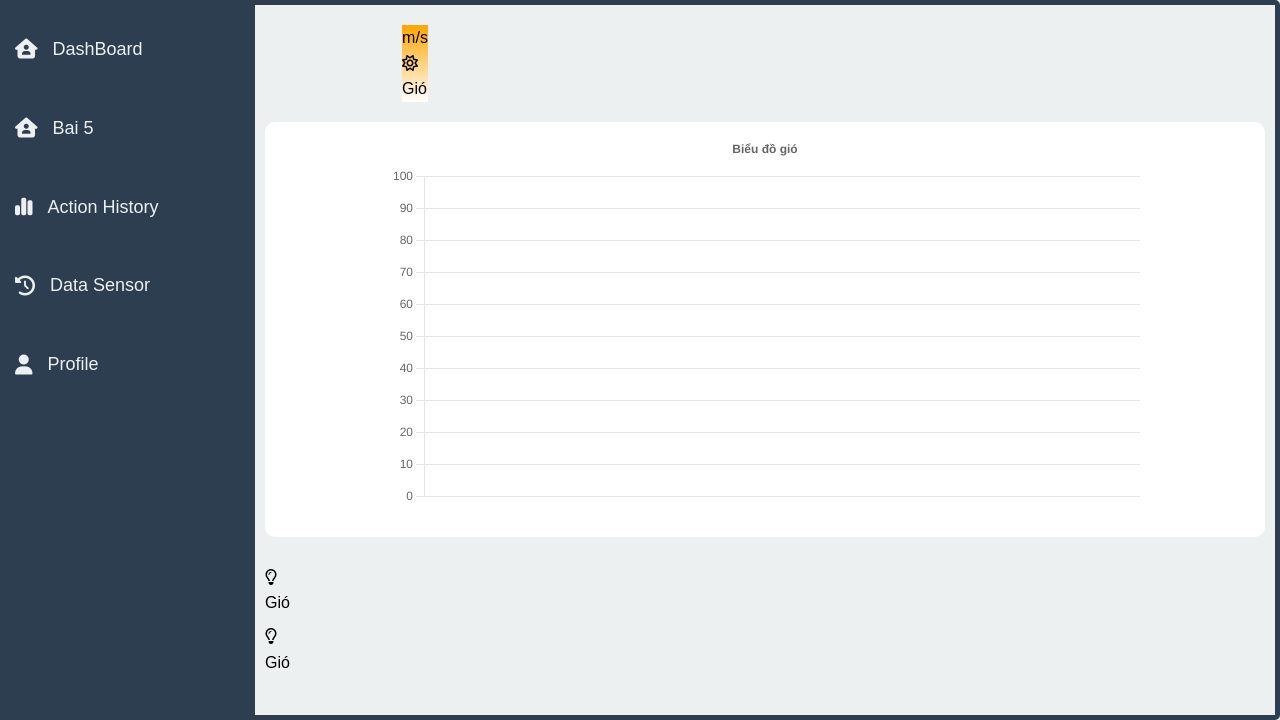
Repository: duongnoob23/duyyyy
Page: /bai5 (app in iot/)
The author's editor kept a copy of each file at every save. The page is drawn from the files as they stood at one save, then again after the next save.
The browser window is 1280 px wide. The pictures show the whole page.
The page's requests for data from a server got no answer. Some web libraries are served in a nearby version. The project was rebuilt for these pictures with package versions that can differ from the ones it lists, and the page was loaded fresh each time. No one was signed in, and anything a server would have sent is missing. Also part of the build but not shown: iot/src/App.css, iot/src/Components/Doughnut/GaugeChart.js, iot/src/Components/LineChart/LineChartECharts.js, iot/src/Pages/Home/Home.js, iot/src/Pages/DataLogs/DataLogs.js, iot/src/Pages/Profile/Profile.css, iot/src/Pages/Profile/Profile.js, iot/src/Pages/Action/Action.js and 1 more.

Above is the page before, as saved 2024-12-02 21:07:06.

### iot/public/index.html
<!DOCTYPE html>
<html lang="en">
  <head>
    <meta charset="utf-8" />
    <link rel="icon" href="%PUBLIC_URL%/favicon.ico" />
    <meta name="viewport" content="width=device-width, initial-scale=1" />
    <meta name="theme-color" content="#000000" />
    <meta
      name="description"
      content="Web site created using create-react-app"
    />
    <link rel="apple-touch-icon" href="%PUBLIC_URL%/logo192.png" />
    <!--
      manifest.json provides metadata used when your web app is installed on a
      user's mobile device or desktop. See https://developers.google.com/web/fundamentals/web-app-manifest/
    -->
    <link rel="manifest" href="%PUBLIC_URL%/manifest.json" />
    <!--
      Notice the use of %PUBLIC_URL% in the tags above.
      It will be replaced with the URL of the `public` folder during the build.
      Only files inside the `public` folder can be referenced from the HTML.

      Unlike "/favicon.ico" or "favicon.ico", "%PUBLIC_URL%/favicon.ico" will
      work correctly both with client-side routing and a non-root public URL.
      Learn how to configure a non-root public URL by running `npm run build`.
    -->
    <link rel="stylesheet" href="https://cdnjs.cloudflare.com/ajax/libs/font-awesome/6.6.0/css/all.min.css" integrity="sha512-Kc323vGBEqzTmouAECnVceyQqyqdsSiqLQISBL29aUW4U/M7pSPA/gEUZQqv1cwx4OnYxTxve5UMg5GT6L4JJg==" crossorigin="anonymous" referrerpolicy="no-referrer" />
    <title>React App</title>
    <script src="https://code.highcharts.com/highcharts.js"></script>
  </head>
  <body>
    <noscript>You need to enable JavaScript to run this app.</noscript>
    <div id="root"></div>
    <!--
      This HTML file is a template.
      If you open it directly in the browser, you will see an empty page.

      You can add webfonts, meta tags, or analytics to this file.
      The build step will place the bundled scripts into the <body> tag.

      To begin the development, run `npm start` or `yarn start`.
      To create a production bundle, use `npm run build` or `yarn build`.
    -->
  </body>
</html>

### iot/src/index.js
import React from 'react';
import { DatePicker } from 'antd';
import ReactDOM from 'react-dom/client';
import './index.css';
import App from './App';
import reportWebVitals from './reportWebVitals';
import { BrowserRouter } from 'react-router-dom';


const root = ReactDOM.createRoot(document.getElementById('root'));
root.render(
  // <React.StrictMode>
  <BrowserRouter>
    <App />
  </BrowserRouter>

  // </React.StrictMode>
);


reportWebVitals();

### iot/src/index.css
body {
  margin: 0;
  font-family: -apple-system, BlinkMacSystemFont, 'Segoe UI', 'Roboto', 'Oxygen',
    'Ubuntu', 'Cantarell', 'Fira Sans', 'Droid Sans', 'Helvetica Neue',
    sans-serif;
  -webkit-font-smoothing: antialiased;
  -moz-osx-font-smoothing: grayscale;
}

code {
  font-family: source-code-pro, Menlo, Monaco, Consolas, 'Courier New',
    monospace;
}

*{
  box-sizing: border-box;
  font-family: Arial, Helvetica, sans-serif;
}

html{
  font-size: 62.5%;
}

ul,li{
  list-style-type: none;
  margin: 0;
  padding:0;
}
a{
  text-decoration: none;
}

body{
  margin: 0;
  padding: 0;

}

### iot/src/App.js
// import logo from './logo.svg';
import './App.css';
import Layout from './Components/Layout/Layout';
import { Routes,Route} from 'react-router-dom';
import Home from './Pages/Home/Home';
import DataLogs from './Pages/DataLogs/DataLogs';
import Profile from './Pages/Profile/Profile';
import Action from './Pages/Action/Action';
import Bai5 from './Pages/Bai5/Bai5';
function App() {
  return (
    <>

      <Routes>
          <Route path="/" element = {<Layout/>}>
            <Route path='home' element={<Home/>}/>
            <Route path='bai5' element={<Bai5 />}/>
            <Route path='datalogs' element={<DataLogs/>}/>
            <Route path='profile' element={<Profile/>}/>
            <Route path='action' element={<Action/>}/>
          </Route>
      </Routes>
    </>
  );
}

export default App;

### iot/src/Components/Layout/Layout.js
import './Layout.css'
import { Link, Outlet, } from "react-router-dom";
// import { useState } from "react";

function Layout(){

    return (
        <>

        <div className="dashBoard">
        <div className="sideBar">
            <ul className="sideBar-list">
                <li className="sideBar-item">
                    {/* <a  href="#" className="sideBar-icon">
                        <i className="fa-solid fa-house-user">
                        </i>
                        <span className='sideBar-text'>DashBoard</span>
                    </a> */}
                    <Link className='sideBar-icon' to={"/home"}>
                        <i className="fa-solid fa-house-user">
                        </i>
                        <span className='sideBar-text'>DashBoard</span>
                    </Link>
                </li>
                <li className="sideBar-item">
                    <Link className='sideBar-icon' to={"/bai5"}>
                        <i className="fa-solid fa-house-user">
                        </i>
                        <span className='sideBar-text'>Bai 5</span>
                    </Link>
                </li>
                <li className="sideBar-item">
                <Link  className="sideBar-icon" to={"/action"}>
                    <i className="fa-solid fa-chart-simple"></i>
                        <span className='sideBar-text'>Action History</span>
                    </Link>
                </li>
                <li className="sideBar-item">
                    <Link className="sideBar-icon" to={"/datalogs"} >
                    <i className="fa-solid fa-clock-rotate-left"></i>
                        <span className='sideBar-text'> Data Sensor</span>
                    </Link>
                </li>
                <li className="sideBar-item">

                    <Link className="sideBar-icon" to={"/profile"}>
                        <i className="fa-solid fa-user"></i>
                        <span className='sideBar-text'>Profile</span>
                    </Link>
                </li>
            </ul>
        </div>
        <div className="sideMain">
            <Outlet/>
        </div>
    </div>
        </>
    )
}

export default Layout;

### iot/src/Components/Layout/Layout.css


/* Reset default padding and margins */
* {
    margin: 0;
    padding: 0;
    box-sizing: border-box;
}

/* DashBoard container */
.dashBoard {
    display: flex;
    height : 100vh;
    font-family: 'Roboto', sans-serif;
}

/* SideBar styling */
.sideBar {
    width: 250px;
    background-color: #2c3e50;
    padding: 20px 0;
    position: fixed;
    height: 100%;
    transition: all 0.3s ease;
}

.sideBar-list {
    list-style: none;
    padding-left: 0;
}

.sideBar-item {
    margin-bottom: 20px;
}

.sideBar-icon {
    display: flex;
    align-items: center;
    padding: 15px;
    color: #ecf0f1;
    text-decoration: none;
    transition: background 0.3s ease, color 0.3s ease;
}

.sideBar-icon i {
    margin-right: 15px;
    font-size: 20px;
}

/* Hover effect for sidebar items */
.sideBar-icon:hover {
    background-color: #34495e;
    color: #1abc9c;
    cursor: pointer;
    padding-left: 25px; /* Add a slide effect */
    transition: all 0.3s ease;
}

.sideBar-text {
    font-size: 18px;
}

/* Active link effect */
.sideBar-icon.active {
    background-color: #1abc9c;
    color: #fff;
    border-radius: 8px;
    transition: all 0.3s ease;
}

/* SideMain styling */
.sideMain {
    margin-left: 250px;
    background-color: #ecf0f1;
    flex-grow: 1;
}

/* Responsive Design */
@media screen and (max-width: 768px) {
    .sideBar {
        width: 200px;
    }

    .sideBar-icon {
        padding: 10px;
    }

    .sideMain {
        margin-left: 200px;
        padding: 20px;
    }
}

@media screen and (max-width: 576px) {
    .sideBar {
        width: 60px;
    }

    .sideBar-icon i {
        margin-right: 0;
        text-align: center;
        flex: 1;
    }

    .sideBar-text {
        display: none;
    }

    .sideMain {
        margin-left: 60px;
        padding: 10px;
    }
}

### iot/src/Pages/Home/Home.css
/* General Styling */
.main {
    display: flex;
    flex-direction: column;
    height : 100%; /* Chiếm toàn bộ chiều cao của màn hình */

    box-sizing: border-box; /* Đảm bảo padding không làm thay đổi kích thước */
}

.section {
  width: 100%;
  height : 100%;
}



.section-one{
    width: 100vh;
    height : 100%;
    display: flex;
    flex-direction: row;

}

.left{
  width: 75%;
}

.right{
  width: 25%;
}

.sensor{
    height: 30%;
}


.sensor-list {
    height: 100%;
    display: flex;
    list-style-type: none;
    padding: 0;
    margin: 0;
    justify-content: space-between; /* Rải đều các phần tử trong container */
    width: 100%; /* Chiếm toàn bộ chiều rộng của màn hình */
}

.sensor-item {
    flex: 1; /* Các phần tử sẽ tự động chiếm đều không gian */
    /* padding: 5px; */
    background-color: #ffffff;
    border-radius: 12px;
    box-shadow: 0 4px 12px rgba(0, 0, 0, 0.1);
    display: flex;
    flex-direction: column;
    align-items: center;
    text-align: center;
    margin: 10px;
    min-width: 50px; /* Đảm bảo các phần tử không quá nhỏ */
}
  .sensor-item .sensor-digit {
    font-size: 1.2em;
    font-weight: bold;
    margin-bottom: 5px;
    color: #333;
  }

  .sensor-item:nth-child(2){
    /* margin:10px 20px; */
  }

  .sensor-bar {
    width: 100%;
    height: 100px;
    background-color: #e0e0e0;
    border-radius: 8px;
    position: relative;
    overflow: hidden;
    margin: 10px 0;
  }

  .sensor-fill {
    position: absolute;
    bottom: 0;
    width: 100%;
    border-radius: 8px;
  }

  .sensor-item.light .sensor-fill {
    background-color: #ffb74d; /* Soft orange for light */
  }

  .sensor-item.temperature .sensor-fill {
    background-color: #ef5350; /* Soft red for temperature */
  }

  .sensor-item.humidity .sensor-fill {
    background-color: #42a5f5; /* Soft blue for humidity */
  }

  .label {
    font-size: 0.9em;
    font-weight: 600;
    color: #777;
  }
  /* Chart Section */
  .chart {
    height: 70%;
    width: 100%;
    /* margin-top: 20px; */
    /* margin: 15px; */
    padding: 0;
  }
.styleChart{
  aspect-ratio: 7/3;
}
  /* Electric Section */
  .electric {
    width: 100%;
    margin-top: 5px;
  }

  .electric-list {
    list-style: none;
    padding: 0;
    margin: 0;
    display: flex;
    flex-direction: column;
    justify-content: space-around;
    gap: 15px;
  }

  .electric-item {
    /* flex: 1; */
    text-align: center;
    padding: 20px;
    background-color: #f9f9f9;
    border-radius: 10px;
    box-shadow: 0px 4px 10px rgba(0, 0, 0, 0.1);
    transition: transform 0.3s ease, box-shadow 0.3s ease;
    width: 300px;
  }




  .electric-box {
    position: relative;
    margin-bottom: 10px;
  }

  .electric-input {
    display: none;
  }

  .electric-label {
    display: block;
    width: 60px;
    height: 30px;
    background-color: #ddd;
    border-radius: 15px;
    position: relative;
    cursor: pointer;
    transition: background-color 0.3s;
  }



  .electric-input:checked + .electric-label {
    background-color: #4caf50;
  }

  .electric-input:checked + .electric-label:before {
    left: 31px;
  }

  .on-off {
    font-weight: bold;
    margin-top: 8px;
    font-size: 16px;
  }

  .electric-item i {
    font-size: 36px;
    color: #4caf50;
  }

  .electric-item .light-icon,
  .electric-item .temp-icon,
  .electric-item .air-icon {
    color: #aaa;
  }

/* css button  */

### iot/src/Components/Helper/URL.js
export const URL = "http://localhost:3001";

### iot/src/Pages/DataLogs/DataLogs.css
*{
    box-sizing: border-box;
}
.table {
    width: 90%;
    border-collapse: collapse;
    margin: 10px;
    border-radius:10px;
    overflow: hidden;
}

.data{
    border:5px solid #2c3e50;
    border-radius: 0 5px 5px 0;
    height: 100%;
}

.table__body{
    border-radius: 10px;
    border: 2px solid #2c3e50;
}

.table__head{
    border: 2px solid #2c3e50;
}
th, td {
    padding: 10px;
    text-align: center;
    border-bottom: 1px solid #ddd;
}
th {
    background-color: #2c3e50;
    color: white;
}

.table-row__body{
    transition: all 0.1s linear;

}
.table-row__body:nth-child(even){
    background-color: #eee;

}
.table-row__body:hover{
    background-color: #2c3e50;
    color: #F4C427;

}

.table-row__body:active{
    background-color: #2c3e50;
    color: #F4C427;
}
.data__title{
    margin-left: 10px;
    font-size: 20px;
    font-weight: bold;
}

.data__sort{
    margin-left: 10px;
    font-size: 15px;
    font-weight: bold;
    margin-bottom: 10px;

}

.data__in{
    border-radius: 10px;
    border: 2px solid #7A40F2;
    margin: 10px;
}

### iot/src/Pages/Action/Action.css
* {
    box-sizing: border-box;
    font-family: 'Arial', sans-serif; /* Change this to your preferred font */
    font-size: 16px; /* Default font size */
    line-height: 1.6; /* Controls line spacing */
}


.action {
    border: 5px solid #2c3e50;
    border-radius: 0 5px 5px 0;
    height: 100vh; /* Full viewport height */
    display: flex;
    flex-direction: column;
    justify-content: space-between; /* Distribute space evenly */
}

.action-title {
    margin-left: 10px;
    font-size: 24px;
    font-weight: bold;
    margin-bottom: 20px;
}

.option {
    display: flex;
    align-items: center;
    margin-bottom: 20px;
}

.search {
    margin-left: 20px;
    display: flex;
    align-items: center;
}

.search__input {
    padding: 8px 15px;
    border-radius: 8px;
    outline: none;
    border: 1px solid #2c3e50;
    margin-right: 5px;
    font-size: 16px;
}

.search__icon {
    cursor: pointer;
    font-size: 20px;
    color: #2c3e50;
}

.select, .select2 {
    margin-left: auto;
    padding: 0 10px;
}

.select__list {
    padding: 8px 12px;
    border-radius: 8px;
    border: 1px solid #2c3e50;
    outline: none;
    font-size: 16px;
}

/* Table container to control overflow */
.table__container {
    flex-grow: 1;
    overflow-y: auto;
    border-radius: 10px;
    margin: 0 20px;
    padding-bottom: 20px;
}

.table {
    width: 100%;
    border-collapse: collapse;
}

.table__head {
    background-color: #2c3e50;
    color: white;
    border-radius: 10px 10px 0 0;
}

.table-row__head th, .table-row__body td {
    padding: 10px;
    text-align: center;
}

.table-row__body:nth-child(even) {
    background-color: #f7f7f7;
}

.table-row__body:hover {
    background-color: #2c3e50;
    color: #F4C427;
}

/* Maintain height to ensure 10 rows fill the page */
.table-row__body {
    height: 40px; /* Adjust this based on design preferences */
    transition: background-color 0.3s;
}

.table__body {
    border-radius: 0 0 10px 10px;
}

.pagination {
    margin-right: 20px;
    padding: 10px 0;
    text-align: right;
}

.pagi__list {
    display: flex;
    justify-content: flex-end;
    align-items: center;
    font-size: 16px;
}

.pagi__item {
    margin: 0 5px;
    cursor: pointer;
    padding: 5px 10px;
    border: 1px solid #3498db;
    border-radius: 5px;
    transition: background-color 0.3s;
}

.pagi__next, .pagi__pre {
    color: #3498db;
}

.pagi__cur {
    font-weight: bold;
    color: #fff;
    background-color: #15181b;
    border-radius: 5px;
    padding: 5px 10px;
}

/* Ensure last row visibility */
.table__container::-webkit-scrollbar {
    width: 6px;
}

.table__container::-webkit-scrollbar-thumb {
    background-color: #121518;
    border-radius: 10px;
}

### iot/src/Pages/Bai5/Bai5.css
.main{
    width: 100%;
    padding:10px;
    height: 100%;
    border:5px solid #2c3e50;
    border-radius: 0 5px 5px 0;
}


.section{
}

.section .section-two{
    width: 100%;
    display: flex;
    flex-direction: column;
}



.electric{
    background-color: white;
    /* padding:10px; */
    border-radius: 15px;
    /* margin-bottom: 15px; */
}

.electric-list{
    display: flex;
    justify-content: center;
    align-items: center;
    margin-left: -20px;
    height: 100%;
}

.electric-item{
    width: 80%;
    height: calc(100% / 3 - 10px);
    margin-left: 20px;
    /* background-color: white; */
    border-radius: 10px;
    padding: 10px;
    box-shadow: rgba(0, 0, 0, 0.35) 0px 5px 15px;
    color:#2c3e50;
    display: flex;
    flex-direction: column;
    justify-content: space-between;
    font-size: 15px;
    transition: all 0.25s linear;
    position: relative;
    /* cursor: pointer; */
}

/* .electric-item:hover{
    background-color: #2c3e50;
    color: white;
    box-shadow: #2c3e50 3px 3px 9px 0px;
} */

.electric-item i{
    font-size: 40px;
}

.electric-item .on-off{
    font-size: 20px;
    color: black;
    margin-top: 0;
}

.electric-item:hover .on-off{
    /* color:white; */
}

.electric-input{
    display: none;
}

.electric-input:checked + .electric-label{
    background-color: #2c3e50;
    box-shadow: white 0px 5px 15px;
}

.electric-input:checked + .electric-label:after{
    background-color: white;
    transform: translateX(17px);
}
.electric-input:checked .temperature{
    color: #2c3e50;
}


.electric-label{
    position: absolute;
    top:20px;
    right: 20px;
    width: 36px;
    height: 20px;
    border-radius: 20px;
    background-color: #F5F5F5;
    transition: all 0.25s linear;
    cursor: pointer;
}

.electric-label:after{
    cursor: pointer;
    content: "";
    position:  absolute;
    top:1px;
    left: 1px;
    width: 18px;
    height: 18px;
    border-radius: 50%;
    background-color: white;
    transition: all 0.25s linear;
    box-shadow: rgba(0, 0, 0, 0.35) 0px 5px 15px;
}

.electric-item .electric-light{
    display: inline-block;
    font-size: 40px;
    color: black;
    transition: all 0.4s linear;
    display: flex;
    justify-content: center;
    align-items: center;
}
.electric-item .electric-light.show{
    color: yellow;
    /* box-shadow: 0 0 3px 3px yellow; */
    filter: drop-shadow(0 0 10px rgba(255, 255, 0, 0.8)) drop-shadow(0 0 20px rgba(255, 255, 0, 0.642));
}

.electric-item .electric-air{
    display: flex;
    justify-content: center;
    align-items: center;
    color:black;
}

.electric-item .electric-air.show{
    content: "";
    animation:spin 2s linear infinite;
    color:#3acbe9;
    transition: all 0.4s linear;
}

.electric-item .electric-temperature{
    display: flex;
    justify-content: center;
    align-items: center;
    color:black;
}

.electric-item .electric-temperature.show{
    /* color: linear-gradient(to top,red ,yellow ); */
    background-image: linear-gradient(to top,red,yellow);
    color:transparent;
    background-clip: text;
    transition: all 0.4s linear;
}

@keyframes spin {
    to{
        transform: rotate(720deg);
    }
  }

.meter{
    background-color: white;
    padding:10px;
    border-radius: 15px;
    margin-bottom: 5px;
}

.meter-list{
    display: flex;
    justify-content: center;
    align-items: center;
    margin-left: -20px;
}

.meter-item{
    width: calc(100% / 3 - 20px);
    height: 120px;
    margin-left: 20px;
    /* background-color: white; */
    border-radius: 10px;
    padding: 10px;
    box-shadow: rgba(0, 0, 0, 0.35) 0px 5px 15px;
    color:black;
    display: flex;
    flex-direction: column;
    justify-content: space-between;
    font-size: 18px;
    transition: all 0.25s linear;
    position: relative;
}
.meter-item:first-child{
    /* background-image: linear-gradient(to bottom,#F4C427,white); */
    background-color: #f4c427;
    }



.meter-item:last-child{
    /* background-image: linear-gradient(to bottom,#3ACBE9,white); */
    background-color: #3acbe9;
}

.meter-item:nth-child(2){
    /* background-image: linear-gradient(to bottom,#FF9060,white); */
    background-color: #FF9060;
}

.meter-digit
{
    text-align: start;
    font-size: 24px;
    font-weight: white;
}

.chart{
    width: 100%;
    height: 45%;
    border-radius: 10px;
    background-color: white;
    padding:10px;
    margin-bottom: 20px;
}



.blink {
    background-color: yellow;
    animation: blink 1s infinite;
  }

  @keyframes blink {
    0%, 100% {
      background-color: yellow;
    }
    50% {
      background-color: transparent;
    }
  }


.bai5{
    width: 300px;
    height: 30%;
    margin-bottom: 10px;
    padding: 10px;
    display: flex;
    justify-content: center;
    align-items: center;
}

.control{
    width: 100%;
    height: 25%;
}

### iot/src/Components/LineChart/LineChartFix.js
import React, { useEffect,useState } from 'react';
import { Line } from 'react-chartjs-2';
import { Chart as ChartJS, CategoryScale, LinearScale, PointElement, LineElement, Title, Tooltip, Legend } from 'chart.js';
import {URL} from '../Helper/URL';
ChartJS.register(CategoryScale, LinearScale, PointElement, LineElement, Title, Tooltip, Legend);



const LineChartFix = ({onDataUpdate}) => {


  const [dataChart,setDataChart] = useState({
    labels:[],
    datasets:[],
  })
  // console.log(onDataUpdate);
  const fetchApi = () => {
    fetch(URL + `/windspeed`)
      .then(res => res.json())
      .then(data => {
        if (data) {
          console.log(data);

          // Adding index (increasing order) to the data
          let indexedData = data.results.map((item, index) => ({
            ...item,
            index: index + 1 // Adding index starting from 1
          }));

          // Extract time, temperature, humidity, and light values
          let time = indexedData.map(item => item.time);
          let temperature = indexedData.map(item => item.temperature);
          let humidity = indexedData.map(item => item.humidity);
          let light = indexedData.map(item => item.light / 10);
          let windspeed = indexedData.map(item => item.light/10 + 13);
          setDataChart({
            labels: time,
            datasets: [
              {
                label: 'Tốc độ gió ',
                data: windspeed,
                borderColor: 'rgba(255, 206, 86, 1)',
                backgroundColor: 'rgba(255, 206, 86, 0.2)',
                tension: 0.4,
              },
            ],
          });

          const option = {
            windspeed: windspeed[windspeed.length - 1 ],
          };

          onDataUpdate(option);
        }
      });
  };

  useEffect(() => {
    fetchApi(); // Lần gọi đầu tiên ngay khi component mount

    // const interval = setInterval(() => {
    //   fetchApi(); // Gọi API mỗi 5 giây (5000ms)
    // }, 5000);

    // return () => clearInterval(interval); // Dọn dẹp interval khi component unmount
  }, []);


  const options = {
    responsive: true,
    plugins: {
      legend: {
        position: 'top',
      },
      title: {
        display: true,
        text: 'Biểu đồ gió',
      },
    },
    scales: {
      y: {
        beginAtZero: true,
        max: 100, // Đặt giá trị tối đa cho trục y
      },
    },
  };


  return (
    <div style={{ maxWidth: '750px', margin: '0 auto' }}>
      <Line data={dataChart} options={options}  />
    </div>
  );
};

// onDataUpdate={handleDataUpdate}
export default LineChartFix;

Loaded but not shown: iot/src/reportWebVitals.js (common file); iot/src/Pages/Bai5/Bai5.js (121 lines, source omitted)

After the next save:
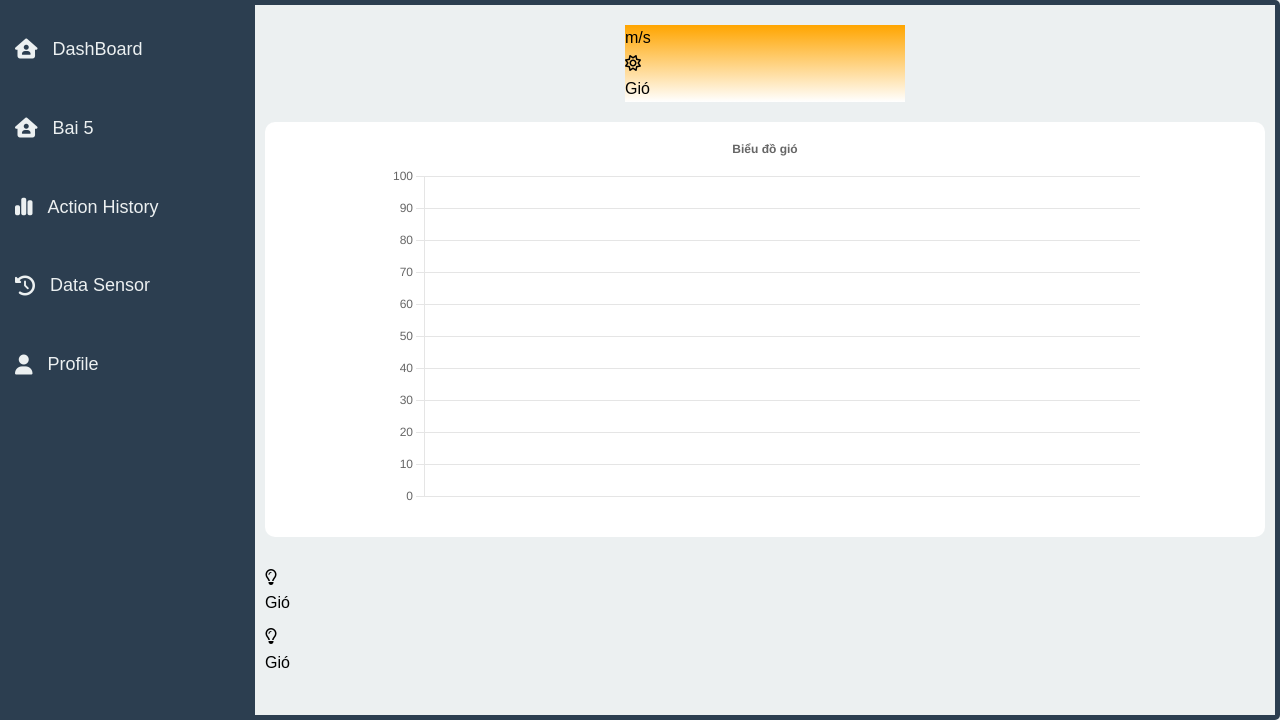
Saved 27 s later.
--- a/iot/src/Pages/Bai5/Bai5.css
+++ b/iot/src/Pages/Bai5/Bai5.css
@@ -246,13 +246,11 @@
 
 
 .bai5{
+    margin: 0 auto;
     width: 300px;
     height: 30%;
     margin-bottom: 10px;
     padding: 10px;
-    display: flex;
-    justify-content: center;
-    align-items: center;
 }
 
 .control{
